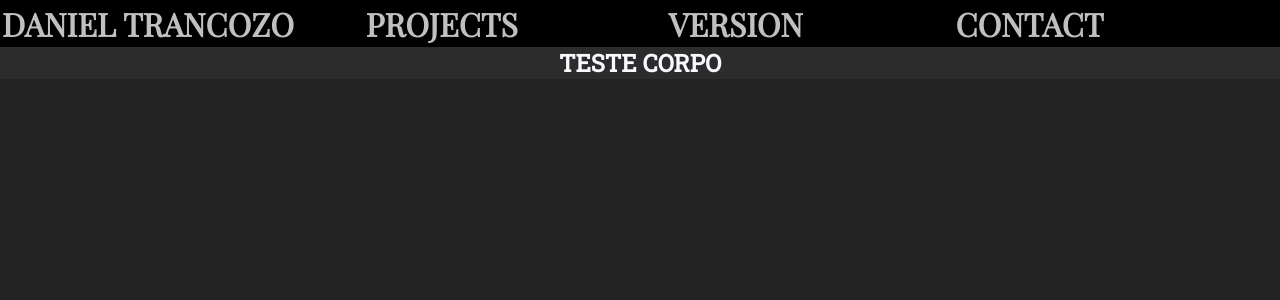
Repository: danieltrancozo/danieltrancozo.github.io
Page: index.html
These files come from the project's save history. The page is drawn as it stood at one moment and after the next save; the edit follows.
The browser window is 1280 px wide. The pictures show the whole page.

Above is the page before, as saved 2021-05-04 22:36:26.

### index.html
<!DOCTYPE html>
<meta charset="UFT-8">
<meta name="lenguage" content="pt-br">
<meta name="autor" content="Daniel Trancozo Vianna">
<meta name="description" content="Portifolio de Desenvolvedor Web">
<meta name="keywords" content="HTML, CSS, JS, web development, portifolio">
<html>

<head>
    <title>Minha P&aacutegina</title>
    <link rel="stylesheet" type="text/css" href="css/estilo3.css">
    <link rel="preconnect" href="https://fonts.gstatic.com">
    <link href="https://fonts.googleapis.com/css2?family=Playfair+Display&family=Roboto+Slab&display=swap" rel="stylesheet">
    <script>
    </script>
</head>
<body>
    <div class="container">
        <div class="cab">
            <h1 style="text-transform: uppercase;">
                <table class="menu">
                    <tr>
                        <td>Daniel Trancozo</td>
                        <td>projects</td>
                        <td>version</td>
                        <td>contact</td>
                    </tr>
                </table>
            </h1>
        </div>
        <div class="corp">
            <h2 style="text-transform: uppercase;">teste corpo</h2>
        </div>
    </div>
    <div class="t2"></div>
</body>
</html>

### css/estilo3.css
@import url('https://fonts.googleapis.com/css2?family=Playfair+Display&family=Roboto+Slab&display=swap');
* {
    margin: 0;
    padding: 0;
}
body{
    background-color: rgba(0, 0, 0, 0.863);
    color: antiquewhite;
    text-align: center;
}
.container{
    background-color: transparent;
    display: flex;
    flex-direction: column;
}
.cab{
    background-color: black;
    color: silver;
    font-family: 'Playfair Display', serif;
    height: 10%;
}
.corp{
    background-color: rgb(44, 44, 44);
    color: ghostwhite;
    font-family: 'Roboto Slab', serif;
    height: 90%;
}
.t2{
    background-color: transparent;
    width: 100%;
    height: 100%;
    visibility: hidden;
}
.manu{
    width:100%;
    text-align: center;
    border-width: 1%;
    border-color: transparent;
}
td{
    width: 25%;
}

After the next save:
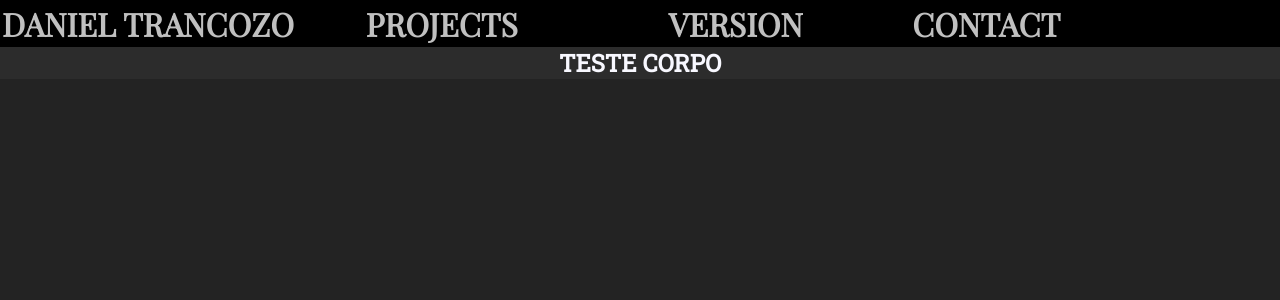
Saved 45 s later.
--- a/css/estilo3.css
+++ b/css/estilo3.css
@@ -38,5 +38,5 @@ body{
     border-color: transparent;
 }
 td{
-    width: 25%;
+    width: 27%;
 }
